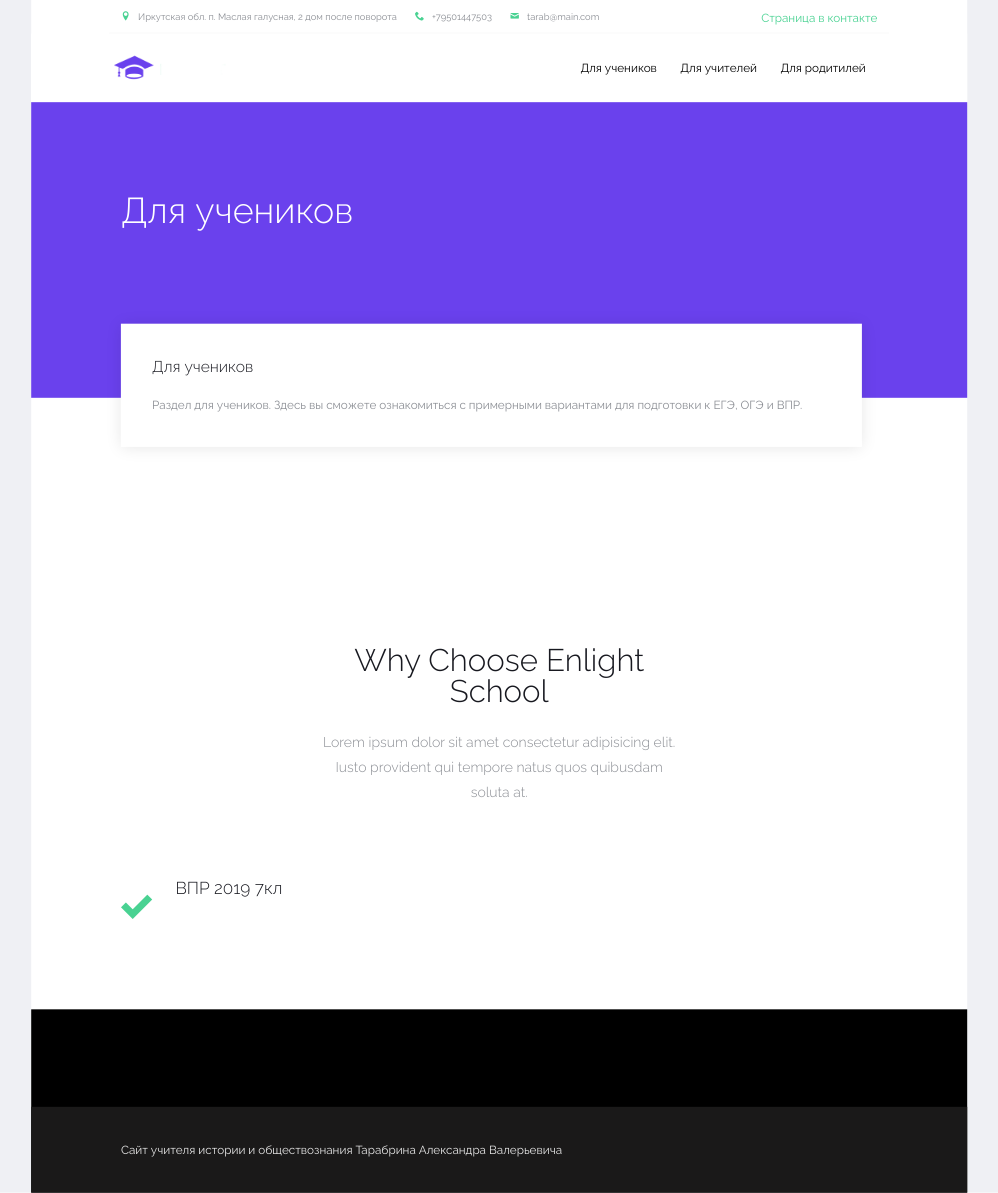
Repository: tarabrin-aleksander/tarabrin-aleksander
Page: pupil.html
These files come from the project's save history. The page is drawn as it stood at one moment and after the next save; the edit follows.
The browser window is 1280 px wide. The pictures show the whole page, at 78% of full size.

Above is the page before, as saved 2020-01-24 14:52:47.

After the next save:
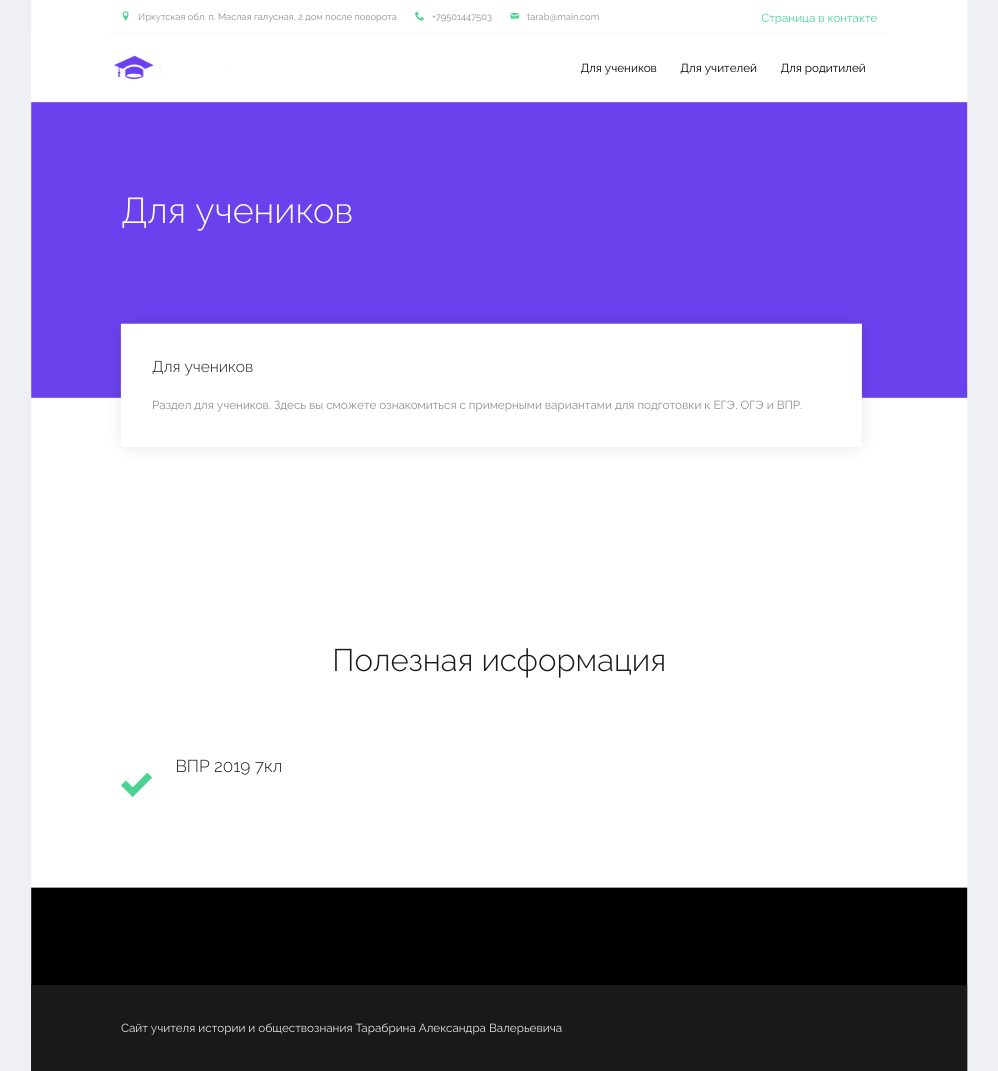
Saved 37 s later.
--- a/pupil.html
+++ b/pupil.html
@@ -92,8 +92,7 @@
         <div class="container">
           <div class="row">
             <div class="col-md-6 col-md-offset-3 text-center section-heading probootstrap-animate">
-              <h2>Why Choose Enlight School</h2>
-              <p class="lead">Lorem ipsum dolor sit amet consectetur adipisicing elit. Iusto provident qui tempore natus quos quibusdam soluta at.</p>
+              <h2>Полезная исформация</h2>
             </div>
           </div>
           <div class="row">
